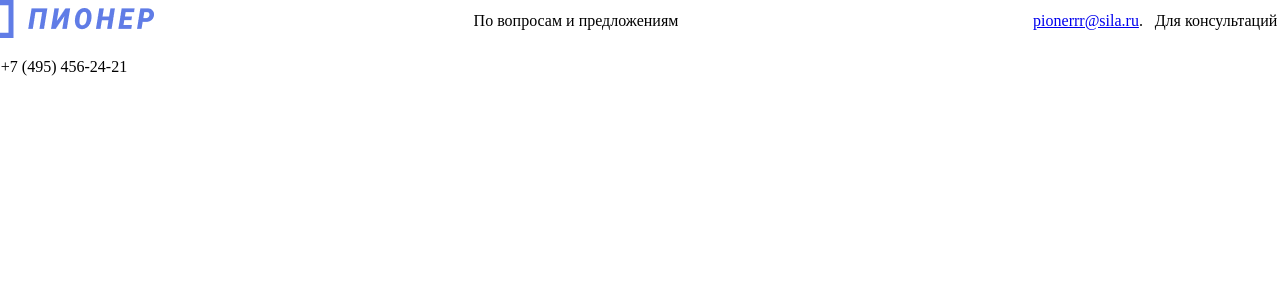
Repository: VictoriSyh/week6
Page: pioner.html
These files come from the project's save history. The page is drawn as it stood at one moment and after a run of saves; the edit follows.
The browser window is 1280 px wide. The pictures show the whole page.

Above is the page before, as saved 2024-12-16 22:40:25.

### pioner.html
<!DOCTYPE html>
<html lang="ru">
<head>
    <link rel="stylesheet" href="/styles/normalize.css">
    <link rel="stylesheet" href="/styles/stylepioner.css">
    <meta charset="UTF-8">
    <meta name="viewport" content="width=device-width, initial-scale=1.0">
    <link rel="shortcut icon" href="https://www.svgrepo.com/show/529024/home-wifi-angle.svg"
    type="image/svg">
    <title>ПИОНЕР</title>
</head>
<body>
    <header>
        <div class="logotip">
            <img src="./assets/img/logo.png" alt="ПИОНЕР" />
          </div>
          <div class="text1">По вопросам и предложениям</div>
        <div class="e-mail"><a href="pionerrr@sila.ru">pionerrr@sila.ru</a>.</div>
        <div>Для консультаций</div>
       <p>+7 (495) 456-24-21</p>
    </header>
</body>
</html>

### styles/stylepioner.css
header{
    display: grid;
    grid-template-columns: 10% 70% 10% 10%;
    align-items: center;
    justify-items: center;
    height: 50px;
}

Loaded but not shown: styles/normalize.css (library)

After the next 6 saves:
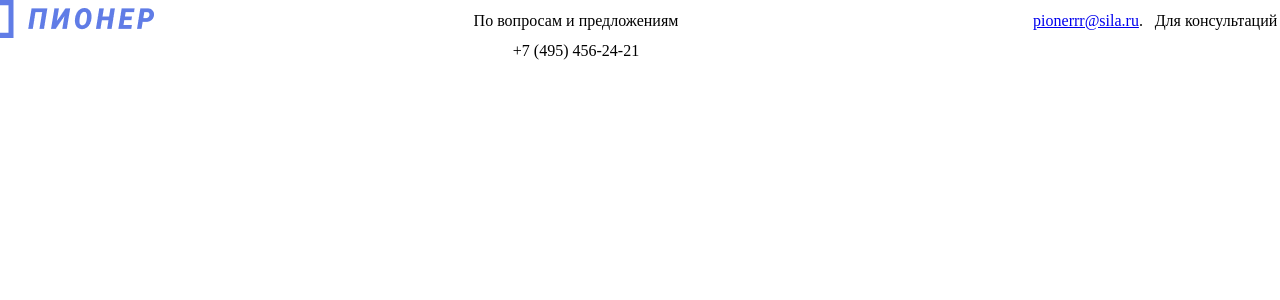
The 6 saves are shown as one change because they came seconds apart.
The last was saved 15 s later.
--- a/pioner.html
+++ b/pioner.html
@@ -16,8 +16,8 @@
           </div>
           <div class="text1">По вопросам и предложениям</div>
         <div class="e-mail"><a href="pionerrr@sila.ru">pionerrr@sila.ru</a>.</div>
-        <div>Для консультаций</div>
-       <p>+7 (495) 456-24-21</p>
+        <div class="text2">Для консультаций</div>
+       <div></div>+7 (495) 456-24-21
     </header>
 </body>
 </html>
